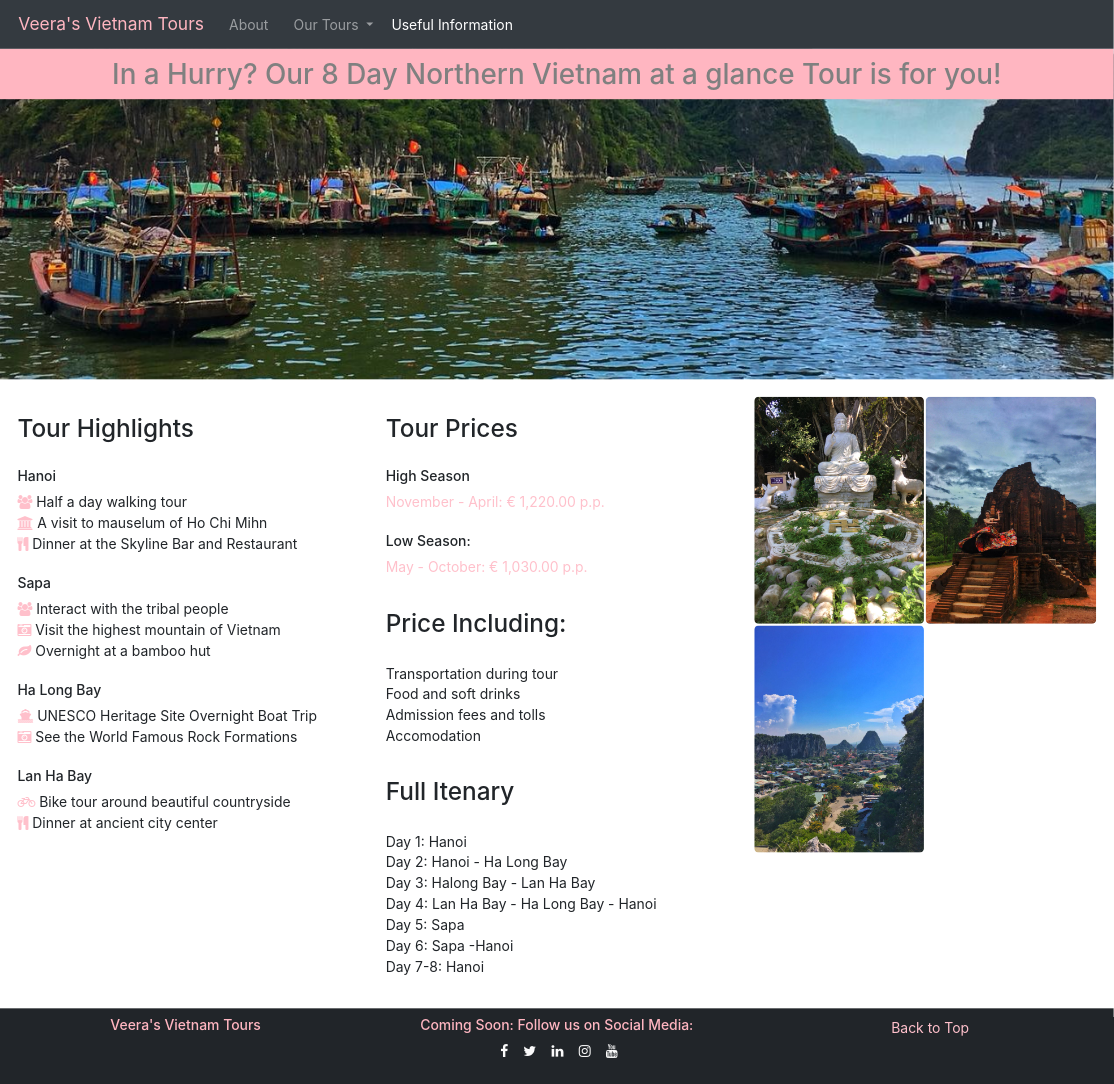
Repository: VAhola/VietnamTour
Page: 8d.html
The author's editor kept a record of every edit. The page is drawn from the files as they stood at one moment, then again after the next edit.
The browser window is 1280 px wide. The pictures show the whole page, at 87% of full size.

Above is the page before.

### 8d.html
<!DOCTYPE html>
<html lang="en">
<head>
    <meta charset="UTF-8">
    <meta name="viewport" content="width=device-width, initial-scale=1.0">
    <meta http-equiv="X-UA-Compatible" content="ie=edge">
    <link rel="stylesheet" href="https://stackpath.bootstrapcdn.com/bootstrap/4.3.1/css/bootstrap.min.css" type="text/css" />
    <link rel="stylesheet" href="https://stackpath.bootstrapcdn.com/font-awesome/4.7.0/css/font-awesome.min.css" type="text/css" />
    <link rel="stylesheet" href="style.css" type="text/css"/>
    <title>Vietnam Project</title>
</head>
<body>

<!--Nav-->

    <nav class="navbar navbar-dark navbar-expand-sm bg-dark top">
        <a href="index.html" class="navbar-brand title">
                    Veera's Vietnam Tours</a>

     <button class="navbar-toggler ml-auto" type="button" data-toggle="collapse" data-target="#navbarNavDropdown" aria-controls="navbarNavDropdown" aria-expanded="false" aria-label="Toggle navigation">
        <span class="navbar-toggler-icon"></span></button>

      <div class="collapse navbar-collapse" id="navbarNavDropdown">
            <ul class="navbar-nav mr-auto">
                <li class="nav-item mr-2"><a class="nav-link" href="about.html">About</a></li>
                <li class="nav-item dropdown">
                    <a class="nav-link dropdown-toggle" href="#" id="navbarDropdownMenuLink" role="button" data-toggle="dropdown" aria-haspopup="true" aria-expanded="false">
          Our Tours
        </a>
                    <div class="dropdown-menu" aria-labelledby="navbarDropdownMenuLink">
                        <a class="dropdown-item" href="16d.html">16 Day Complete Vietnam</a>
                        <a class="dropdown-item" href="#">8 Days Vietnam at glance</a>
                    </div>
                </li>
                <li class="active nav-item mr-2"><a class="nav-link" href="Info.html">Useful Information</a></li>
            </ul>
            </div>
        </nav>
<!-- /.nav -->

<div class="section5">
    <h2 class="intro">
     In a Hurry? Our 8 Day Northern Vietnam at a glance Tour is for you!
    </h2>
</div>

<!--Itenary Newest-->

<div class="tours1">
<div class="row">
    <div class="col-sm-4 container-fluid">
      <h3 style="text-align:left;"> Tour Highlights</h3>
       <ul style="text-align:left;">
            <li>
                <h6>Hanoi</h6>
                <i class="fa fa-users pink" aria-hidden="true"></i>
                 Half a day walking tour<br>
                <i class="fa fa-university pink" aria-hidden="true"></i>
                 A visit to mauselum of Ho Chi Mihn <br>
                 <i class="fa fa-cutlery pink" aria-hidden="true"></i>
                 Dinner at the Skyline Bar and Restaurant
            </li><br>
            <li>
                <h6>Sapa</h6>
                <i class="fa fa-users pink" aria-hidden="true"></i>
                 Interact with the tribal people<br>
                <i class="fa fa-camera-retro pink" aria-hidden="true"></i>
                 Visit the highest mountain of Vietnam<br>
                <i class="fa fa-leaf pink" aria-hidden="true"></i>
                 Overnight at a bamboo hut
            </li><br>
            <li>
                <h6>Ha Long Bay</h6>
                <i class="fa fa-ship pink" aria-hidden="true"></i>
                 UNESCO Heritage Site Overnight Boat Trip<br>
                <i class="fa fa-camera-retro pink" aria-hidden="true"></i>
                 See the World Famous Rock Formations<br>
            </li><br>
            <li>
                <h6>Lan Ha Bay</h6>
                <i class="fa fa-bicycle pink" aria-hidden="true"></i>
                 Bike tour around beautiful countryside<br>
                <i class="fa fa-cutlery pink" aria-hidden="true"></i>
                 Dinner at ancient city center
            </li><br>
         </div>
    <div class="col-sm-4 container-fluid">
                <h3 style="text-align:left;"> Tour Prices</h3>
                <ul style="text-align:left;">
                    <h6>High Season</h6>
                    <li style="color:pink;">November - April: € 1,220.00 p.p.</li>
                     <br>
                     <h6>Low Season:</h6>
                    <li style="color:pink;">May - October: € 1,030.00 p.p.</li>
                </ul>
                <h3 style="text-align:left;">Price Including:</h3>
                <ul>
                    <li>Transportation during tour</li>
                    <li>Food and soft drinks</li>
                    <li>Admission fees and tolls</li>
                    <li>Accomodation</li>
                </ul>
                <h3 style="text-align:left;">Full Itenary</h3>
            <ul style="text-align:left;">
                <li>Day 1: Hanoi</li>
                <li>Day 2: Hanoi - Ha Long Bay</li>
                <li>Day 3: Halong Bay - Lan Ha Bay</li>
                <li>Day 4: Lan Ha Bay - Ha Long Bay - Hanoi</li>
                <li>Day 5: Sapa</li>
                <li>Day 6: Sapa -Hanoi</li>
                <li>Day 7-8: Hanoi</li>
            </ul>
        </div>

        <div class="col-sm-4 container-fluid">
            <div class="gallery2">
                <figure class="gallery_item gallery__itemy1">
                    <img src="Assets/pictures/IMG-20190712-WA0009.jpg" class="gallery__img" alt="Image 1">
                </figure>
                <figure class="gallery__item gallery__itemy--2">
                    <img src="Assets/pictures/IMG-20190712-WA0020.jpg" class="gallery__img" alt="Image 2">
                </figure>
                <figure class="gallery__item gallery__itemy--3">
                    <img src="Assets/pictures/IMG-20190712-WA0025.jpg" class="gallery__img" alt="Image 4">
                </figure>

            </div>
         </div>
    </div>
</div>

<!-- /.Itenary Newest -->



 <footer class="container-fluid site">
        <div id="footer-details" class="row">
            <div class="col-sm-4 center">
                 <h6>Veera's Vietnam Tours</h6>
            </div>
            <div class="col-sm-4 center">
                <h6 class="inline-block center">Coming Soon: Follow us on Social Media:</h6>
                <ul class="list-inline center">
                    <li class="list-inline-item">
                        <a target="_blank" href="#">
                            <i class="fa fa-facebook" aria-hidden="true"></i>
                            <span class="sr-only">Facebook</span>
                        </a>
                    </li>
                    <li class="list-inline-item">
                        <a target="_blank" href="#">
                            <i class="fa fa-twitter" aria-hidden="true"></i>
                            <span class="sr-only">Twitter</span>
                        </a>
                    </li>
                    <li class="list-inline-item">
                        <a target="_blank" href="#">
                            <i class="fa fa-linkedin" aria-hidden="true"></i>
                            <span class="sr-only">LinkedIn</span>
                        </a>
                    </li>
                    <li class="list-inline-item">
                        <a target="_blank" href="#">
                            <i class="fa fa-instagram" aria-hidden="true"></i>
                            <span class="sr-only">Instagram</span>
                        </a>
                    </li>
                    <li class="list-inline-item">
                        <a target="_blank" href="#">
                            <i class="fa fa-youtube" aria-hidden="true"></i>
                            <span class="sr-only">YouTube</span>
                        </a>
                    </li>
                </ul>
            </div>
           <div class="col-sm-4 center">
                <a href="#top" style="color:pink">Back to Top</a>
            </div>
        </div>
 </footer>


    <script src="https://code.jquery.com/jquery-3.3.1.slim.min.js" integrity="sha384-q8i/X+965DzO0rT7abK41JStQIAqVgRVzpbzo5smXKp4YfRvH+8abtTE1Pi6jizo" crossorigin="anonymous"></script>
    <script src="https://cdnjs.cloudflare.com/ajax/libs/popper.js/1.14.3/umd/popper.min.js" integrity="sha384-ZMP7rVo3mIykV+2+9J3UJ46jBk0WLaUAdn689aCwoqbBJiSnjAK/l8WvCWPIPm49" crossorigin="anonymous"></script>
    <script src="https://stackpath.bootstrapcdn.com/bootstrap/4.1.3/js/bootstrap.min.js" integrity="sha384-ChfqqxuZUCnJSK3+MXmPNIyE6ZbWh2IMqE241rYiqJxyMiZ6OW/JmZQ5stwEULTy" crossorigin="anonymous"></script>

</body>
</html>

### style.css
html {
    border: none;
}

/*------------- Styling the header -----------*/

.header {
    background-color: #4F4F4F;
    background-position: center;
    text-align: center;
    background-size: cover;
    color: #fafafa;
    margin:0;
    padding-bottom: 10px;
    padding-top: 10px;

}


.button {
    color: white;
}


.navbar-dark .navbar-brand {
    color: 	#ffb6c1;

}

.dropdown-menu {
    background-color: #4F4F4F;
}

.dropdown-item {
    color: #b9bec3;
}


a {
    color:#fafafa;
    margin-left: 5px;
}

.section1 {
    background-size: cover;
    text-align: center;
    background-image: url(Assets/pictures/bamboo-boat-clouds-cloudscape-2132098.jpg);
    background-repeat: no-repeat;
    min-height: 420px;
    color: black;
    padding: 0px;
    background-position-y: bottom;
    background-position-x: center;
    background-color: darkgray;
}

.intro {
    background-color:#ffb6c1;
    padding: 10px 5px;
    color: gray;
}

.intro1 {
    background-color: #ffb6c1;
    padding: 10px 5px;
    color: gray;
    margin-bottom: 0px;
}

.welcome {
    padding:20px 20px;
}

h2 {
    color: gray;
    text-align: center;
    padding-bottom:20px;
    padding-top: 20px;
}

h3{
    color: ;
    text-align: center;
    padding-bottom:20px;
    padding-top: 20px;
}

h5 {
    color: #ffb6c1;
    text-align: center;
    margin-top: 20px;
    margin-bottom: 10px;
    text-decoration: underline;
}


li {
    list-style: none;tours
}

img.quote {
    border-style: solid;
    border-color: gray;
    float: right;
}

dl, ol, ul {
    margin-top: 0;
    margin-bottom: 1rem;
    padding: 0;
}

.tours {
    color:darkgray;
    text-align:center;
    margin-bottom:30px;
}

.tours1 {
    margin: 20px; 10px
}
.section3 {
    background-size: cover;
    text-align: center;
    color: black;
}


.about_us {
    text-align: justify;
    margin-left: 20px;
    margin-right: 20px;
}

.contacts {
    margin-left: 20px;
    margin-right: 20px;
}

.compact {
    margin: 0;
}

.man {
    background-image: url(Assets/pictures/hanoi-man-market-1004123.jpg);

}
.right_align{
    text-align:right;
}
.btn-success1 {
    color: #fff;
    background-color: #ffaeb9;
    border-color: gray;
    border-width: thick;
}


.towel {
 text-align:center;
 padding-left:15px;
 padding-right:15px;
 background-color: yellow;
 display: unset;
}

div.container4 {
    height: 1em;
    position: relative;

}
div.container4 p {
    margin: 0;
    background: yellow;
    position: absolute;
    top: 50%;
    left: 50%;
    margin-right: -50%;
    transform: translate(-50%, -50%);
    display:unset;
    padding: 5px 10px;

}

* {
  box-sizing: border-box;
}

div.box {
  float: left;
  width: 50%;
  padding: 20px;
}

div.center {
    text-align: center;
}

.clearfix::after {
  content: "";
  clear: both;
  display: table;
  padding: 20px;
}

.internary16 {
    text-align: left;
    margin: 10px 20px;
    padding: 10px;
    align-content: center;
    text-align: justify;
}

.right {
    height:200px;
    word-break: break-word;
    float:right;
    margin: 5px;
}

.left {
    height:200px;
    word-break: break-word;
    float:left;
    margin: 5px;
}

.woman {
    float: right;
}


article {
    margin: 5px;
}

img.iten_right {
    border-radius: 20px;
    padding: 5px;
    width: 300px;
    margin-left: 10px;
}

img.iten_left {
    border-radius: 20px;
    padding: 5px;
    width: 300px;
    margin-right: 10px;
}

img.map_right {
    border: 1px solid #ddd;
    border-radius: 4px;
    width: 220px;
    margin:20px 10px;
}

.info_left {
    border: 3px solid #ddd;
    border-radius: 4px;
    width: 220px;
    margin-right:10px;
}

.info_right {
    border: 2px solid #ddd;
    border-radius: 4px;
    width: 220px;
    margin-left:10px;
}

banner2 {
    display: inline-block;
}

.gallery1 {
    display: grid;
    grid-template-columns: repeat(3, 1fr);
    padding-top:0px;
    margin: 0px;
}

.section2 {
    background-size: cover;
    text-align: center;
    background-image: url(Assets/pictures/chaly-pavement-road-2044867.jpg);
    background-repeat: no-repeat;
    min-height: 380px;
    color: black;
    padding: 0px;
    background-position-y: bottom;
    background-position-x: center;
}

.section4 {
    background-size: cover;
    text-align: center;
    background-image: url(Assets/pictures/vietnam-2139871_1920_a.jpg);
    background-repeat: no-repeat;
    min-height: 380px;
    color: black;
    padding: 0px;
    background-position-y: bottom;
    background-position-x: center;
}

.section5 {
    background-size: cover;
    text-align: center;
    background-image: url(Assets/pictures/IMG-20190712-WA0006_a.jpg);
    background-repeat: no-repeat;
    min-height: 380px;
    color: black;
    padding: 0px;
    background-position-y: bottom;
    background-position-x: center;
}

.dest {
    margin-left: 20px;
    margin-right: 20px;
    padding: 10px;
    text-align: justify;
}

.info {
    margin-top:20px;
}
.desth {
    margin-left: 20px;
    margin-right: 20px;
    text-align:justify;
}

.ready {
    background-clip: white;
    margin-left: 10px;
    margin-right: 10px;
}

.grid-container-new {
  display: grid;
  justify-content: space-evenly;
  grid-template-columns: 25% 25% 25%; /*Make the grid smaller than the container*/
  grid-gap: 5px;
  padding: 10px;
}

.grid-container {
  display: grid;
  justify-content: space-evenly;
  grid-template-columns: 80% 20%; /*Make the grid smaller than the container*/
  grid-gap: 5px;
  padding: 10px;
}

.grid-item {
  background-color: rgba(255, 255, 255, 0.8);
  border: 1px solid rgba(0, 0, 0, 0.8);
  padding: 20px;
  font-size: 30px;
  text-align: center;
}

.gallery {
    display: grid;
    grid-template-columns: repeat(4, 1fr);
    grid-gap: 10px;
    padding-top:5px;
    margin: 30px 5px;
}

.gallery__img {
    width: 100%;
    height: 100%;
    object-fit: cover;
    border-radius: 5px;
}

.pink {
    color: pink;
}

.gallery2 {
    display: grid;
    grid-template-columns: repeat(2, 2fr);
    grid-gap: 2px;
    padding-top:0px;
    margin: 0px;
}

figure {
    margin: 0;
}

.people {
    display: grid;
    grid-template-columns: repeat(2, 1fr);
    grid-gap: 10px;
    margin-left: 5px;
    margin-right: 5px;
    padding-top:5px;
}

.people__img {
    width: 100%;
    height: 100%;
    object-fit: cover;
}


.header5 {
    color: #ffb6c1;
    text-decoration: underline;
}

footer.site {
    background-color: #212529;
    color: #ffb6c1;
    background-size: cover;
    margin-bottom: 0;
    padding-bottom: 10px;
    padding-top: 10px;
}

.bottom {
    margin-bottom: 0;
}

/* media queries */

@media (max-width:767px) {
    body{
    font-size: smaller;
    }
    p {
    font-size: smaller;
    }
    .welcome {
    padding:5px 5px;
    }
    .review{
    padding:5px 5px;
    margin-bottom:5px;
    font-size:smaller;
    }
    h1, h2, h3, h4, h5, h6{
    font-size:smaller;
    }

    em {
    font-size: x-small;
    }

    img.map_right {
    width: 130px;
    margin-left: 5px;
    }

    img.iten_left{
    width: 130px;
    border-radius: 20px;
    }

    img.iten_right{
    width: 130px;
    border-radius: 20px;
    }
    .info_left {
    width: 120px;
    }
    .info_right {
    width: 120px;
    }


    .dest {
    margin-left: 10px;
    margin-right: 10px;
    padding: 5px;
    }
    .section2 {
    background-size: cover;
    text-align: center;
    background-image: url(Assets/pictures/chaly-pavement-road-2044867.jpg);
    background-repeat: no-repeat;
    min-height: 180px;
    color: black;
    padding: 0px;
    background-position-y: bottom;
    background-position-x: center;
    }
    .section1 {
    background-size: cover;
    text-align: center;
    background-image: url(Assets/pictures/bamboo-boat-clouds-cloudscape-2132098.jpg);
    background-repeat: no-repeat;
    min-height: 180px;
    color: black;
    padding: 0px;
    background-position-y: bottom;
    background-position-x: center;
    background-color: darkgray;
    }
    .section5 {
    background-size: cover;
    text-align: center;
    background-image: url(Assets/pictures/IMG-20190712-WA0006_a.jpg);
    background-repeat: no-repeat;
    min-height: 180px;
    color: black;
    padding: 0px;
    background-position-y: bottom;
    background-position-x: center;
    }
    .section4 {
    background-size: cover;
    text-align: center;
    background-image: url(Assets/pictures/vietnam-2139871_1920_a.jpg);
    background-repeat: no-repeat;
    min-height: 180px;
    color: black;
    padding: 0px;
    background-position-y: bottom;
    background-position-x: center;
    }
}

@media (min-width: 768px) and (max-width: 991px) {
}
    .review {
    text-align:center;
    padding:20px 10px;
    margin-bottom:40px;
    display:flex;
    }
}

@media (min-width: 992px) and (max-width: 1800px) {
    .review{
    text-align:center;
    padding:20px 10px;
    margin-bottom:40px;
    margin-left: 20px;
    margin-right: 20px;
    display:inline-flex;
    }
}

After the next edit:
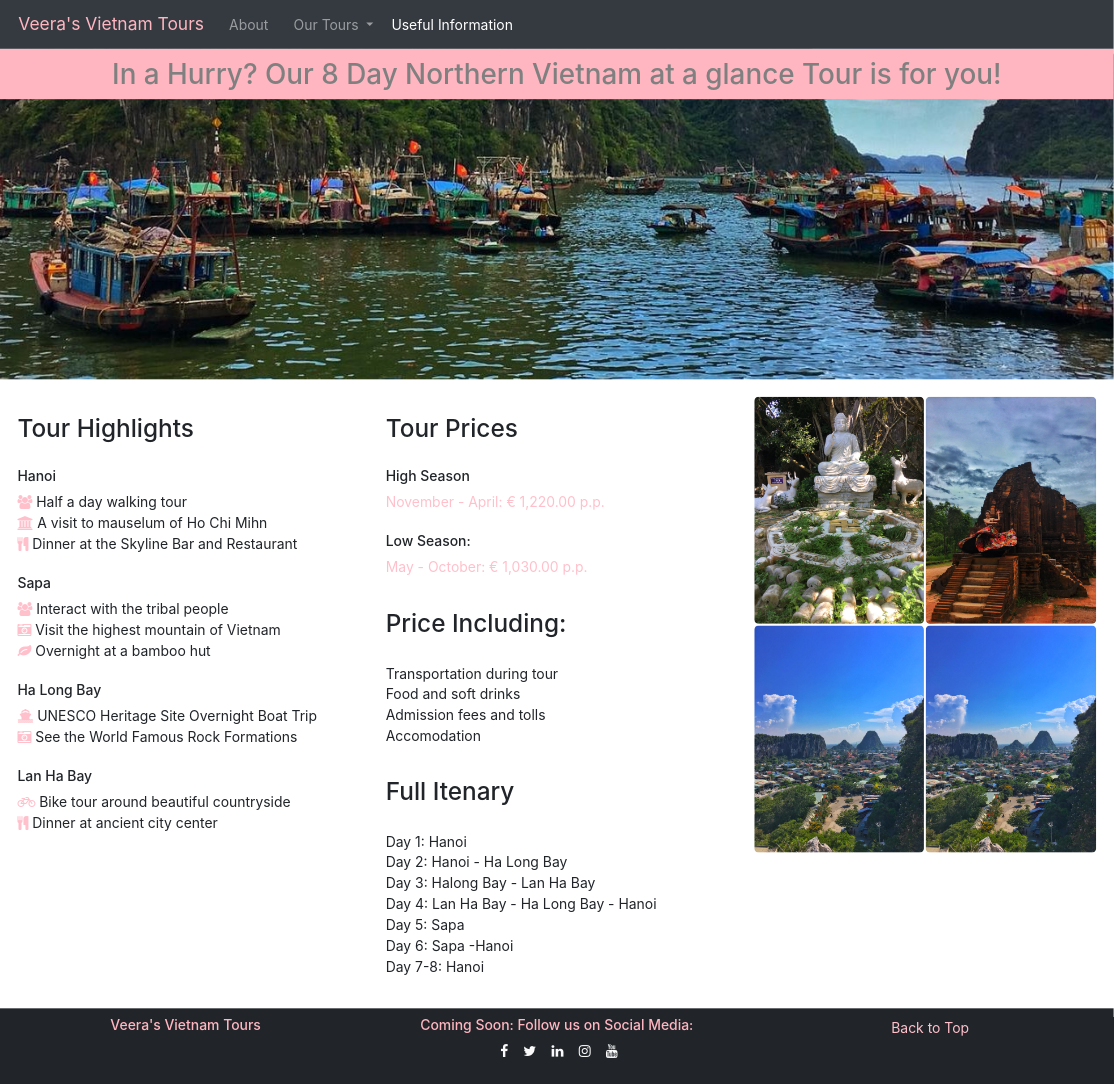
The edit:
--- a/8d.html
+++ b/8d.html
@@ -123,6 +123,10 @@
                 <figure class="gallery__item gallery__itemy--3">
                     <img src="Assets/pictures/IMG-20190712-WA0025.jpg" class="gallery__img" alt="Image 4">
                 </figure>
+                <figure class="gallery__item gallery__itemy--4">
+                    <img src="Assets/pictures/IMG-20190712-WA0025.jpg" class="gallery__img" alt="Image 4">
+                </figure>
+
 
             </div>
          </div>
